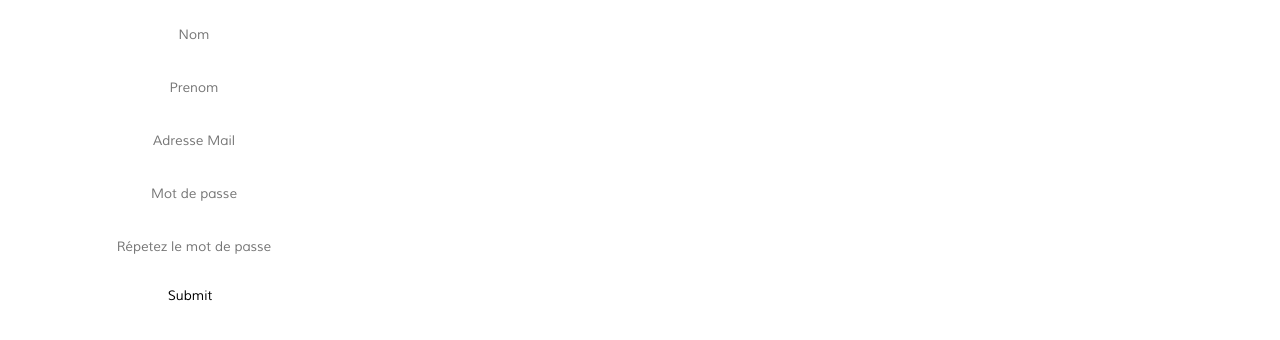
Repository: prokofyevDmitry/insightMapp
Page: http://localhost/parts/signIn.php
An editor plug-in stored every save of this project. The page is shown before and after the next save, followed by the edit.
The browser window is 1280 px wide. The pictures show the whole page.
The page is run by PHP 8.4 with error messages shown; the project is at /var/www/html/.

Above is the page before, as saved 2014-09-18 21:48:22.

After the next save:
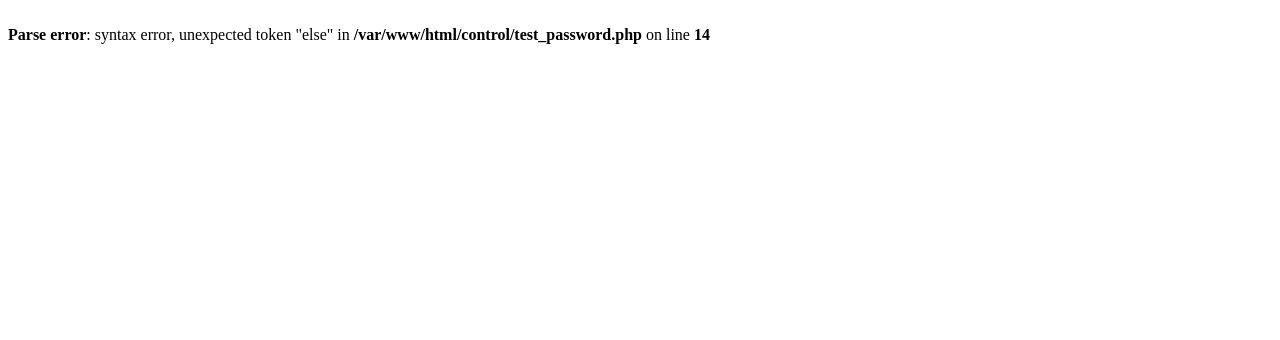
Saved 19 s later.
--- a/insightMapp/control/test_password.php
+++ b/insightMapp/control/test_password.php
@@ -10,7 +10,8 @@
 {
 	if(strlen($_POST['mdp'])<8)
 		return 0;
-	if( strcmp($_POST['mdp'], $_POST['confiramtion_mdp']))
+	if(strcmp($_POST['mdp'], $_POST['confiramtion_mdp']))
+		else
 		return 2;
 
 	if( !preg_match('#^[A-z0-9]*$#', $_POST['mdp']))

After the save that followed:
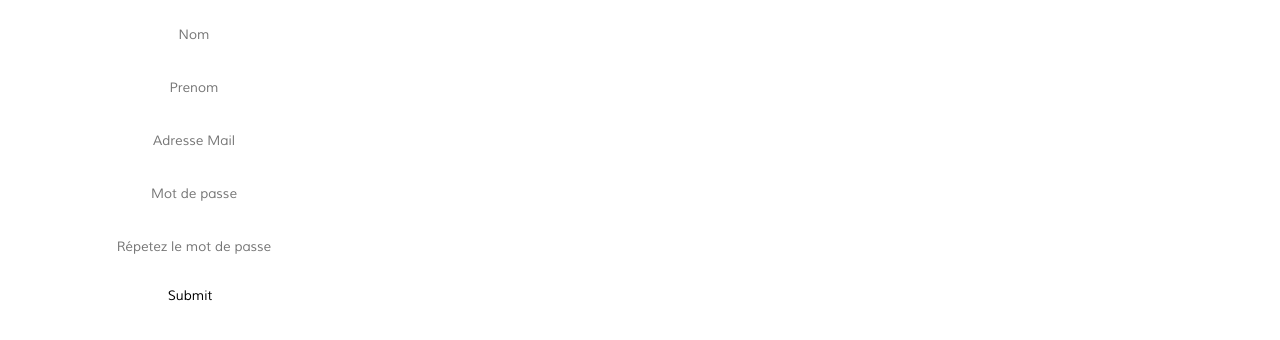
Saved 29 s later.
--- a/insightMapp/control/test_password.php
+++ b/insightMapp/control/test_password.php
@@ -11,11 +11,11 @@
 	if(strlen($_POST['mdp'])<8)
 		return 0;
 	if(strcmp($_POST['mdp'], $_POST['confiramtion_mdp']))
-		else
-		return 2;
-
 	if( !preg_match('#^[A-z0-9]*$#', $_POST['mdp']))
 		return 4;
+else
+	return 2;
+
 
 	if(strlen($_POST['mdp'])>255)
 		return 3;
